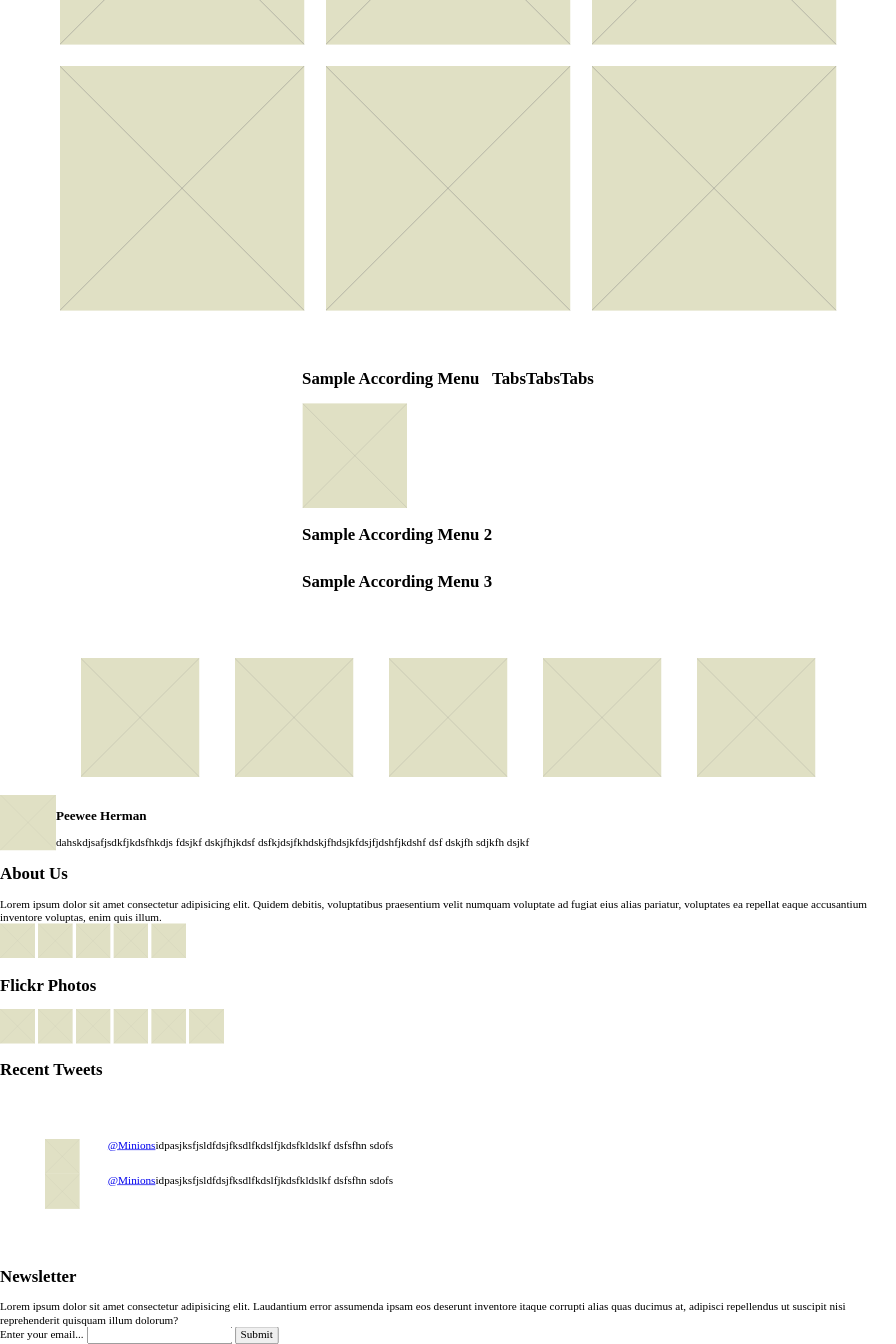
Repository: ReallyNguyen/responsive-web
Page: index.html
An editor plug-in stored every save of this project. The page is shown before and after the next save, followed by the edit.
The browser window is 1280 px wide. The pictures show the part of the page from y = 1330 to 3250 px (the page is 3250 px tall before and 2966 px after), at 70% of full size.

Above is the page before, as saved 2023-01-25 22:25:08.

After the next save:
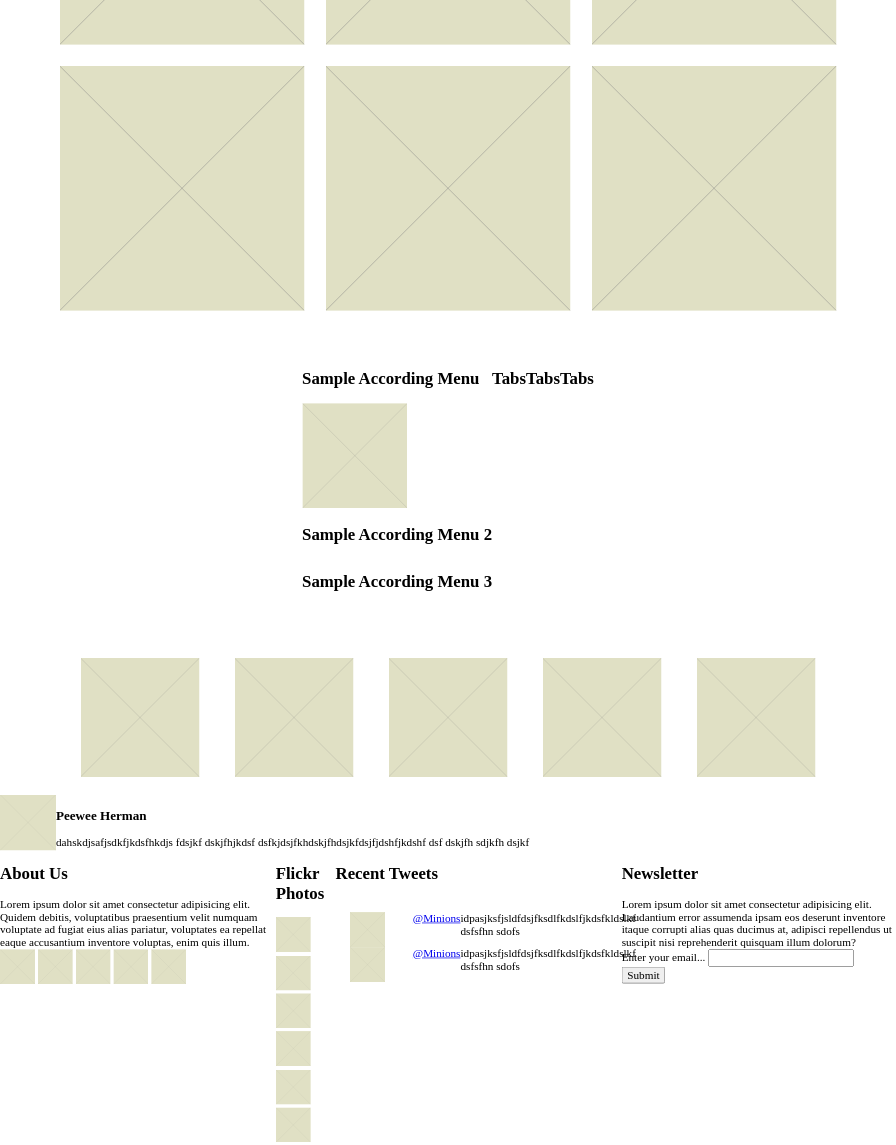
Saved 33 s later.
--- a/css/main.css
+++ b/css/main.css
@@ -14,6 +14,12 @@
   display: flex;
   justify-content: row;
 
+}
+
+.footer-boxes {
+  display: flex;
+  justify-content: center;
+  flex-direction: row;
 }
 
 .twitter-box {
